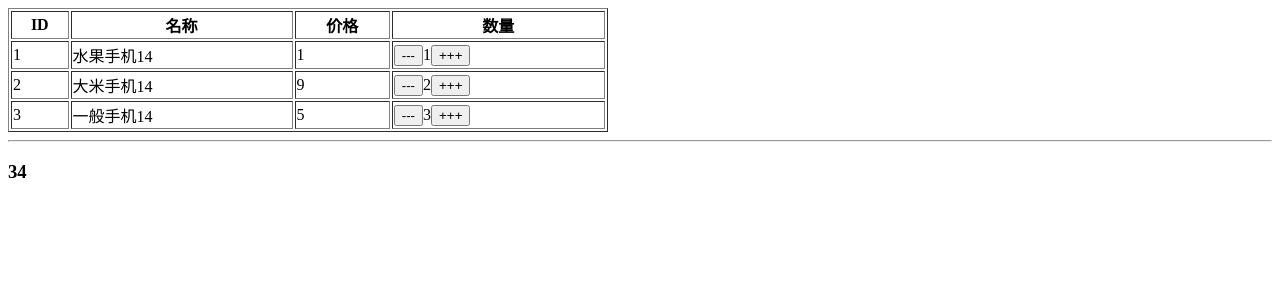
Repository: ysl200/111
Page: / (app in react/frontend/)
The author's editor kept a copy of each file at every save. The page is drawn from the files as they stood at one save, then again after the next save.
The browser window is 1280 px wide. The pictures show the whole page.
The project was rebuilt for these pictures with package versions that can differ from the ones it lists, and the page was loaded fresh each time.

Above is the page before, as saved 2024-01-04 20:09:32.

After the next save:
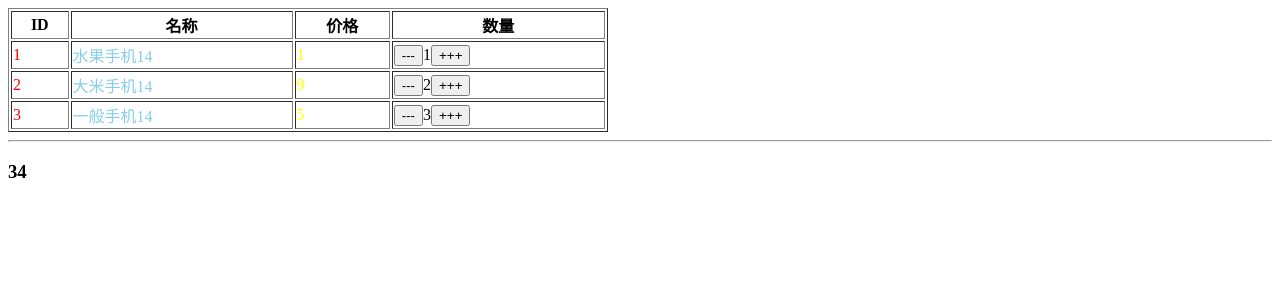
Saved 80 s later.
--- a/react/frontend/src/index.js
+++ b/react/frontend/src/index.js
@@ -49,9 +49,9 @@ export default class App extends Component {
                 {
                   this.state.carts.map((item, index) => (
                     <tr key={item.id}>
-                      <td>{item.id}</td>
-                      <td>{item.name}</td>
-                      <td>{item.price}</td>
+                      <td style={{color:"red"}}>{item.id}</td>
+                      <td style={{color:"skyblue"}}>{item.name}</td>
+                      <td style={{color:"yellow"}}>{item.price}</td>
                       <td>
                         <button onClick={() => this.setNum(-1, index)}>---</button>
                         <span>{item.num}</span>
